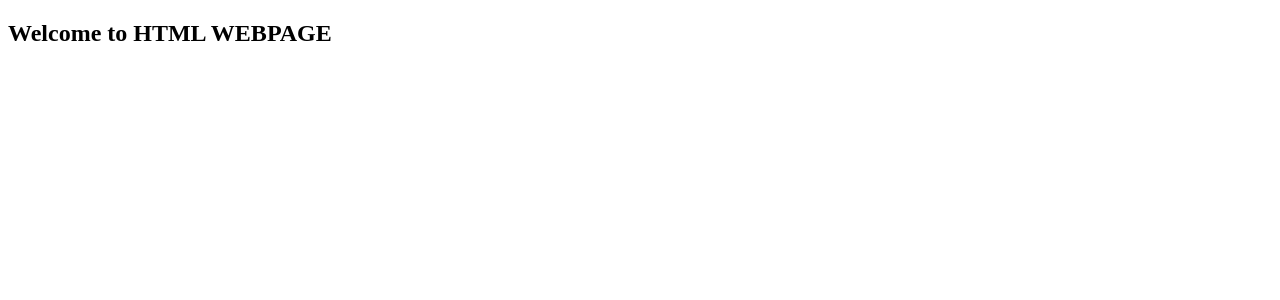
Repository: uaganesh/training
Page: http://localhost/JSPExamples/demo.jsp
An editor plug-in stored every save of this project. The page is shown before and after the next save, followed by the edit.
The browser window is 1280 px wide. The pictures show the whole page.
The page is served by Tomcat 9.

Above is the page before, as saved 2022-08-11 12:46:01.

### JSPExamples/src/main/webapp/demo.jsp
<%@ page language="java" contentType="text/html; charset=ISO-8859-1"
    pageEncoding="ISO-8859-1"%>
<!DOCTYPE html>
<html>
<head>
<meta charset="ISO-8859-1">
<title>Insert title here</title>
</head>
<body>
<h2>Welcome to HTML WEBPAGE</h2>
</body>
</html>

After the next save:
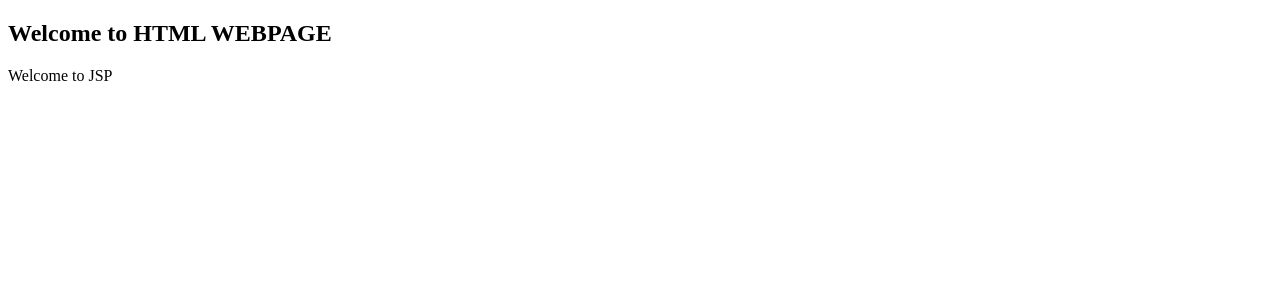
Saved 4 min 21 s later.
--- a/JSPExamples/src/main/webapp/demo.jsp
+++ b/JSPExamples/src/main/webapp/demo.jsp
@@ -8,5 +8,8 @@
 </head>
 <body>
 <h2>Welcome to HTML WEBPAGE</h2>
+<%
+out.println("Welcome to JSP");
+%>
 </body>
 </html>
